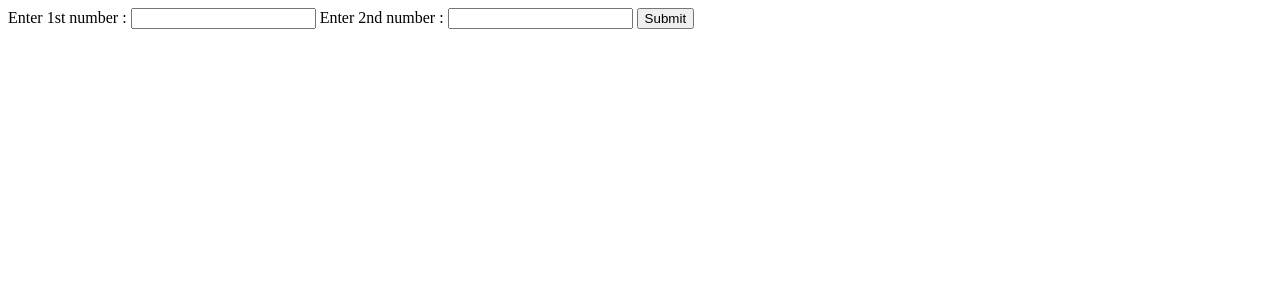
Repository: kparate446/WebApplication
Page: Demo/WebContent/index.html
An editor plug-in stored every save of this project. The page is shown before and after the next save, followed by the edit.
The browser window is 1280 px wide. The pictures show the whole page.

Above is the page before, as saved 2020-02-13 08:50:43.

After the next save:
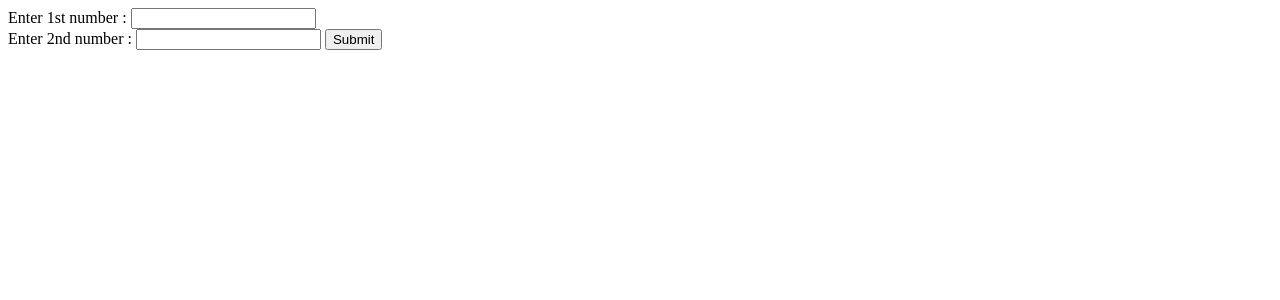
Saved 40 s later.
--- a/Demo/WebContent/index.html
+++ b/Demo/WebContent/index.html
@@ -5,7 +5,7 @@
 </head>
 <body>
 	<form action="">
-		Enter 1st number : <input type="text" name="num1">
+		Enter 1st number : <input type="text" name="num1"><br>
 		Enter 2nd number : <input type="text" name="num2">
 		<input type="submit">
 </body>
